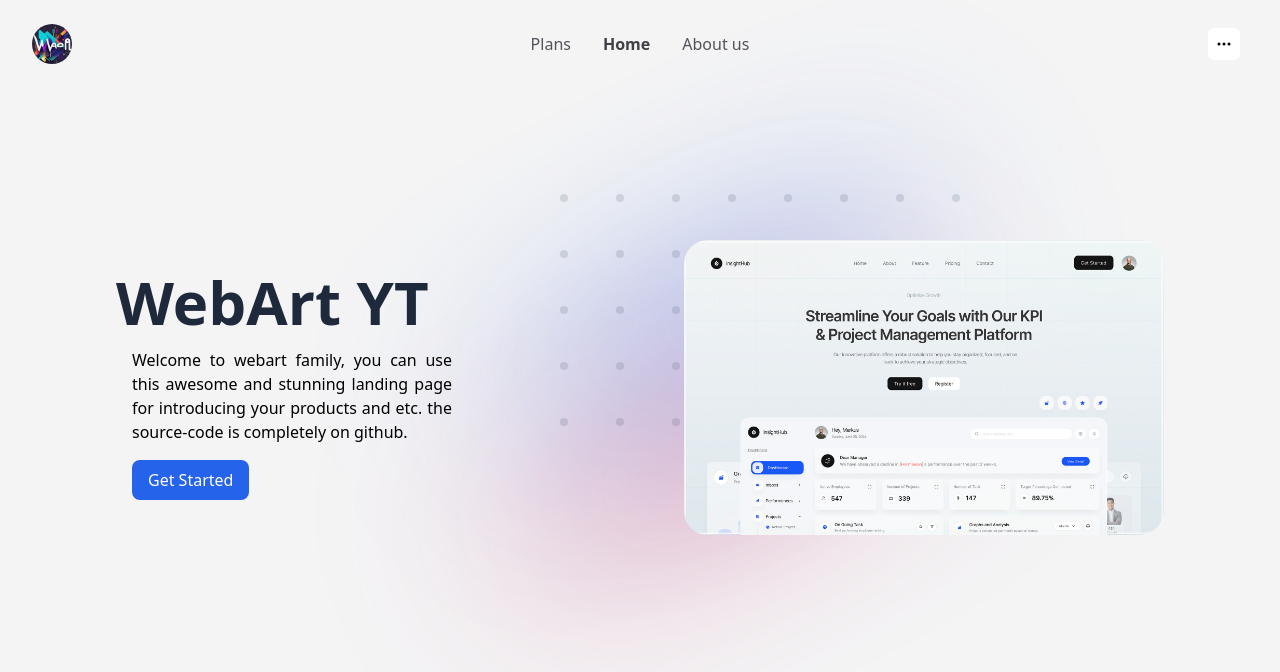
Repository: 30namp/youtube-web-art-code
Page: stunning landing page 1/index.html
These files come from the project's save history. The page is drawn as it stood at one moment and after the next save; the edit follows.
The browser window is 1280 px wide. The pictures show the whole page.

Above is the page before, as saved 2024-09-26 21:21:54.

### stunning landing page 1/index.html
<!DOCTYPE html>
<html lang="en">
  <head>
    <meta charset="UTF-8" />
    <meta name="viewport" content="width=device-width, initial-scale=1.0" />
    <title>WebArt Design</title>
    <script src="./tailwindcss.min.js"></script>
  </head>
  <body class="min-h-screen bg-zinc-100">
    <div
      class="absolute right-[25%] top-[60%] h-12 w-[30rem] rounded-[100%] rotate-[-25deg] bg-pink-700 blur-[6rem]"
    ></div>
    <div
      class="absolute right-[25%] top-[40%] h-12 w-[30rem] rounded-[100%] rotate-[-25deg] bg-blue-700 blur-[6rem]"
    ></div>
    <div
      class="grid grid-cols-8 gap-12 absolute right-[25%] top-[27%] animate-pulse"
    >
      <div class="rounded-full bg-slate-700/30 size-2 shadow-lg"></div>
      <div class="rounded-full bg-slate-700/30 size-2 shadow-lg"></div>
      <div class="rounded-full bg-slate-700/30 size-2 shadow-lg"></div>
      <div class="rounded-full bg-slate-700/30 size-2 shadow-lg"></div>
      <div class="rounded-full bg-slate-700/30 size-2 shadow-lg"></div>
      <div class="rounded-full bg-slate-700/30 size-2 shadow-lg"></div>
      <div class="rounded-full bg-slate-700/30 size-2 shadow-lg"></div>
      <div class="rounded-full bg-slate-700/30 size-2 shadow-lg"></div>
      <div class="rounded-full bg-slate-700/30 size-2 shadow-lg"></div>
      <div class="rounded-full bg-slate-700/30 size-2 shadow-lg"></div>
      <div class="rounded-full bg-slate-700/30 size-2 shadow-lg"></div>
      <div class="rounded-full bg-slate-700/30 size-2 shadow-lg"></div>
      <div class="rounded-full bg-slate-700/30 size-2 shadow-lg"></div>
      <div class="rounded-full bg-slate-700/30 size-2 shadow-lg"></div>
      <div class="rounded-full bg-slate-700/30 size-2 shadow-lg"></div>
      <div class="rounded-full bg-slate-700/30 size-2 shadow-lg"></div>
      <div class="rounded-full bg-slate-700/30 size-2 shadow-lg"></div>
      <div class="rounded-full bg-slate-700/30 size-2 shadow-lg"></div>
      <div class="rounded-full bg-slate-700/30 size-2 shadow-lg"></div>
      <div class="rounded-full bg-slate-700/30 size-2 shadow-lg"></div>
      <div class="rounded-full bg-slate-700/30 size-2 shadow-lg"></div>
      <div class="rounded-full bg-slate-700/30 size-2 shadow-lg"></div>
      <div class="rounded-full bg-slate-700/30 size-2 shadow-lg"></div>
      <div class="rounded-full bg-slate-700/30 size-2 shadow-lg"></div>
      <div class="rounded-full bg-slate-700/30 size-2 shadow-lg"></div>
      <div class="rounded-full bg-slate-700/30 size-2 shadow-lg"></div>
      <div class="rounded-full bg-slate-700/30 size-2 shadow-lg"></div>
      <div class="rounded-full bg-slate-700/30 size-2 shadow-lg"></div>
      <div class="rounded-full bg-slate-700/30 size-2 shadow-lg"></div>
      <div class="rounded-full bg-slate-700/30 size-2 shadow-lg"></div>
      <div class="rounded-full bg-slate-700/30 size-2 shadow-lg"></div>
      <div class="rounded-full bg-slate-700/30 size-2 shadow-lg"></div>
      <div class="rounded-full bg-slate-700/30 size-2 shadow-lg"></div>
      <div class="rounded-full bg-slate-700/30 size-2 shadow-lg"></div>
      <div class="rounded-full bg-slate-700/30 size-2 shadow-lg"></div>
      <div class="rounded-full bg-slate-700/30 size-2 shadow-lg"></div>
      <div class="rounded-full bg-slate-700/30 size-2 shadow-lg"></div>
      <div class="rounded-full bg-slate-700/30 size-2 shadow-lg"></div>
      <div class="rounded-full bg-slate-700/30 size-2 shadow-lg"></div>
      <div class="rounded-full bg-slate-700/30 size-2 shadow-lg"></div>
    </div>

    <!-- navbar -->
    <nav
      class="z-10 absolute top-0 left-0 right-0 flex justify-center items-center py-8 px-8"
    >
      <a href="/" class="absolute left-0 px-8">
        <img class="size-10 rounded-full" src="./assets/img/logo.jpg" alt="" />
      </a>

      <div class="options flex items-center gap-8">
        <a class="text-zinc-600" href="#">Plans</a>
        <a class="text-zinc-700 font-semibold" href="#">Home</a>
        <a class="text-zinc-600" href="#">About us</a>
      </div>

      <button
        class="absolute p-2 bg-white rounded-md right-0 mx-10 hover:scale-105 active:scale-100 transition"
      >
        <svg
          xmlns="http://www.w3.org/2000/svg"
          width="16"
          height="16"
          fill="currentColor"
          class="bi bi-three-dots"
          viewBox="0 0 16 16"
        >
          <path
            d="M3 9.5a1.5 1.5 0 1 1 0-3 1.5 1.5 0 0 1 0 3m5 0a1.5 1.5 0 1 1 0-3 1.5 1.5 0 0 1 0 3m5 0a1.5 1.5 0 1 1 0-3 1.5 1.5 0 0 1 0 3"
          />
        </svg>
      </button>
    </nav>

    <!-- hero section -->
    <div class="hero-section relative pt-60 flex justify-around items-start">
      <div class="content flex flex-col items-start gap-4 pt-8">
        <h1 class="text-6xl font-bold text-slate-800">WebArt YT</h1>
        <p class="description w-80 ml-4 text-justify">
          Welcome to webart family, you can use this awesome and stunning
          landing page for introducing your products and etc. the source-code is
          completely on github.
        </p>
        <button
          class="ml-4 px-4 py-2 rounded-lg bg-blue-600 text-white hover:scale-105 active:scale-100 transition"
        >
          Get Started
        </button>
      </div>
      <img class="w-[30rem] rounded-3xl" src="./assets/img/img.png" alt="" />
    </div>
  </body>
</html>

Loaded but not shown: stunning landing page 1/tailwindcss.min.js (library)

After the next save:
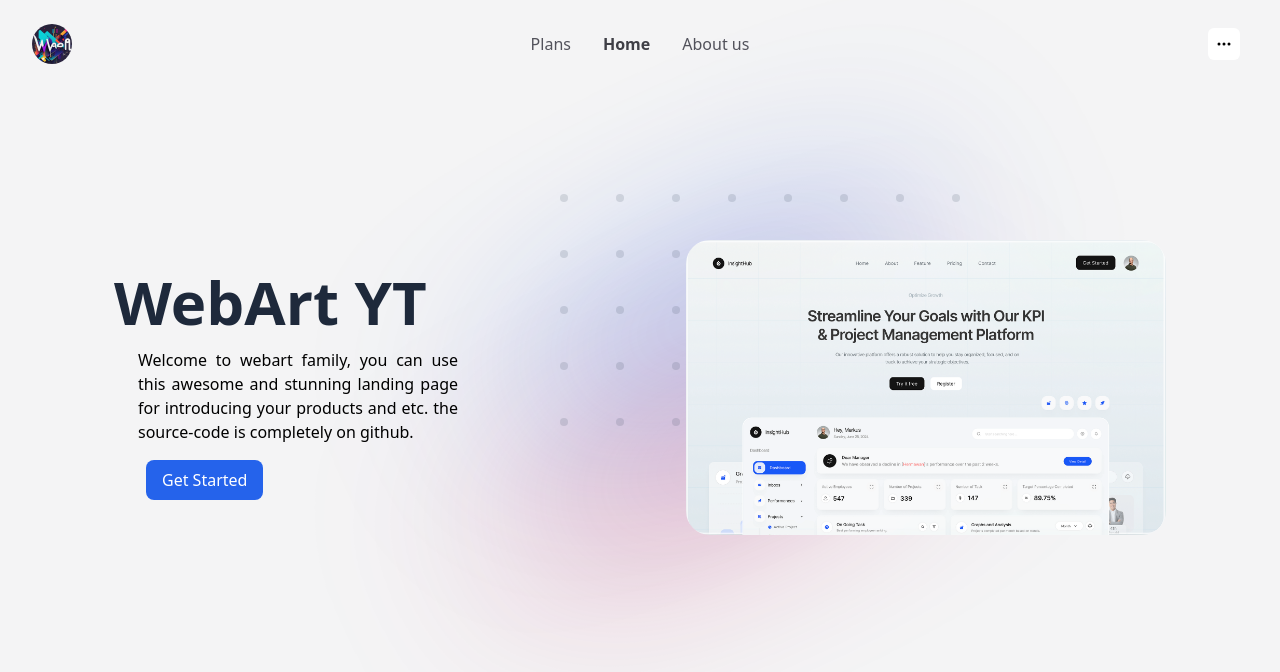
Saved 12 s later.
--- a/stunning landing page 1/index.html
+++ b/stunning landing page 1/index.html
@@ -94,13 +94,13 @@
     <div class="hero-section relative pt-60 flex justify-around items-start">
       <div class="content flex flex-col items-start gap-4 pt-8">
         <h1 class="text-6xl font-bold text-slate-800">WebArt YT</h1>
-        <p class="description w-80 ml-4 text-justify">
+        <p class="description w-80 ml-6 text-justify">
           Welcome to webart family, you can use this awesome and stunning
           landing page for introducing your products and etc. the source-code is
           completely on github.
         </p>
         <button
-          class="ml-4 px-4 py-2 rounded-lg bg-blue-600 text-white hover:scale-105 active:scale-100 transition"
+          class="ml-8 px-4 py-2 rounded-lg bg-blue-600 text-white hover:scale-105 active:scale-100 transition"
         >
           Get Started
         </button>
